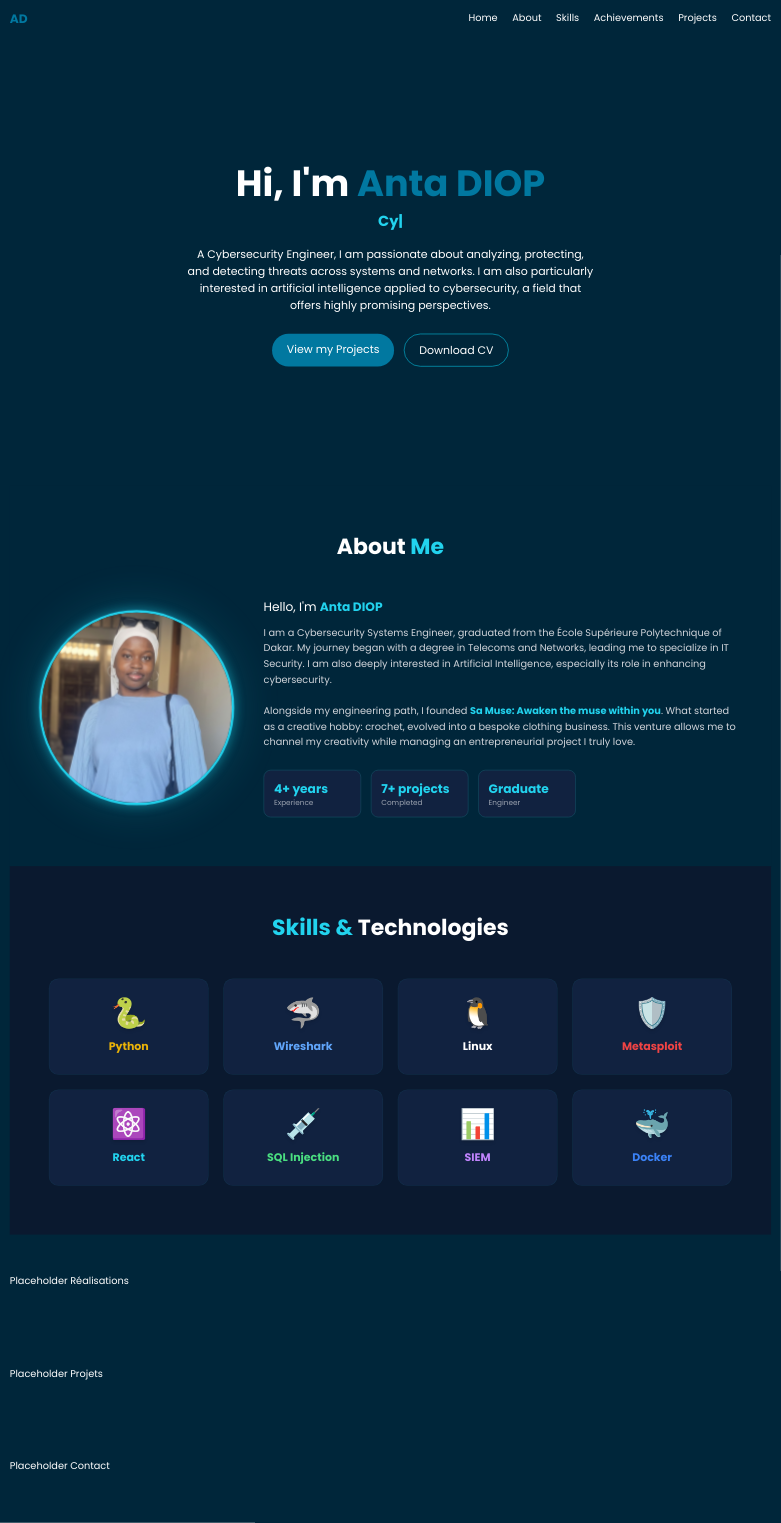
Repository: AntaaaKD/Mon-Portfolio
Page: /
The author's editor kept a copy of each file at every save. The page is drawn from the files as they stood at one save, then again after the next save.
The browser window is 1280 px wide. The pictures show the whole page, at 61% of full size.
The project was rebuilt for these pictures with package versions that can differ from the ones it lists, and the page was loaded fresh each time.

Above is the page before, as saved 2026-01-14 23:14:28.

### public/index.html
<!DOCTYPE html>
<html lang="en">
  <link href="https://fonts.googleapis.com/css2?family=Poppins:wght@400;600;700&display=swap" rel="stylesheet">
  <head>
    <meta charset="utf-8" />
    <link rel="icon" href="%PUBLIC_URL%/favicon.ico" />
    <meta name="viewport" content="width=device-width, initial-scale=1" />
    <meta name="theme-color" content="#000000" />
    <meta
      name="description"
      content="Web site created using create-react-app"
    />
    <link rel="apple-touch-icon" href="%PUBLIC_URL%/logo192.png" />
    <!--
      manifest.json provides metadata used when your web app is installed on a
      user's mobile device or desktop. See https://developers.google.com/web/fundamentals/web-app-manifest/
    -->
    <link rel="manifest" href="%PUBLIC_URL%/manifest.json" />
    <!--
      Notice the use of %PUBLIC_URL% in the tags above.
      It will be replaced with the URL of the `public` folder during the build.
      Only files inside the `public` folder can be referenced from the HTML.

      Unlike "/favicon.ico" or "favicon.ico", "%PUBLIC_URL%/favicon.ico" will
      work correctly both with client-side routing and a non-root public URL.
      Learn how to configure a non-root public URL by running `npm run build`.
    -->
    <title>React App</title>
  </head>
  <body>
    <noscript>You need to enable JavaScript to run this app.</noscript>
    <div id="root"></div>
    <!--
      This HTML file is a template.
      If you open it directly in the browser, you will see an empty page.

      You can add webfonts, meta tags, or analytics to this file.
      The build step will place the bundled scripts into the <body> tag.

      To begin the development, run `npm start` or `yarn start`.
      To create a production bundle, use `npm run build` or `yarn build`.
    -->
  </body>
</html>

### src/index.css
@tailwind base;
@tailwind components;
@tailwind utilities;

body {
  margin: 0;
  font-family: 'Poppins', sans-serif;
  -webkit-font-smoothing: antialiased;
  -moz-osx-font-smoothing: grayscale;
}

code {
  font-family: source-code-pro, Menlo, Monaco, Consolas, 'Courier New',
    monospace;
}

### src/App.js
import React from 'react';
import Navbar from './components/Navbar';
import Home from './components/Home';  // Ajoute cet import
import About from './components/About';
import Skills from './components/Skills';

function App() {
  return (
    <div className="min-h-screen bg-custom-blue text-white">
      <Navbar />
      <main className="container mx-auto p-4">
        <Home />  {/* Remplace le placeholder */}
        <About />
        <Skills />
        <section id="achievements" className="py-16">Placeholder Réalisations</section>
        <section id="projects" className="py-16">Placeholder Projets</section>
        <section id="contact" className="py-16">Placeholder Contact</section>
      </main>
    </div>
  );
}

export default App;

### src/components/Navbar.jsx
import React, { useState, useEffect } from 'react';

const Navbar = () => {
  const [scrolled, setScrolled] = useState(false);

  useEffect(() => {
    const handleScroll = () => {
      if (window.scrollY > 50) {
        setScrolled(true);
      } else {
        setScrolled(false);
      }
    };

    window.addEventListener('scroll', handleScroll);
    return () => window.removeEventListener('scroll', handleScroll);
  }, []);

  return (
    <nav
        className={`p-4 sticky top-0 z-10 transition-all duration-300 ${
            scrolled
            ? 'bg-custom-blue bg-opacity-0 backdrop-blur-md'  // Semi-transparent (30%) + blur fort
            : 'bg-custom-blue'  // Bleu solide au top
        }`}
    >
        <div className="container mx-auto flex justify-between items-center">
            <h1 className="text-xl font-bold text-blue-text">AD</h1>
            <ul className="flex space-x-6 text-white">
            <li><a href="#home" className="hover:text-cyan-300">Home</a></li>
            <li><a href="#about" className="hover:text-cyan-300">About</a></li>
            <li><a href="#skills" className="hover:text-cyan-300">Skills</a></li>
            <li><a href="#achievements" className="hover:text-cyan-300">Achievements</a></li>
            <li><a href="#projects" className="hover:text-cyan-300">Projects</a></li>
            <li><a href="#contact" className="hover:text-cyan-300">Contact</a></li>
            </ul>
        </div>
    </nav>
  );
};

export default Navbar;

### src/components/Home.jsx
import React, { useEffect, useRef } from 'react';
import Typed from 'typed.js';

const Home = () => {
  // Création d'une référence pour l'élément qui accueillera l'animation
  const el = useRef(null);

  useEffect(() => {
    const typed = new Typed(el.current, {
      strings: [
        "Cybersecurity Engineer",
        "Founder of Sa Muse",
      ],
      typeSpeed: 100,
      backSpeed: 90,
      loop: true,
    });

    // Nettoyage de l'animation pour éviter les bugs de mémoire
    return () => {
      typed.destroy();
    };
  }, []);

  return (
    <section id="home" className="flex flex-col items-center justify-center h-screen text-center px-4">
      <h1 className="text-6xl font-bold mb-4">
        Hi, I'm <span className="text-blue-text">Anta DIOP</span>
      </h1>

      {/* On applique la ref ici pour l'animation */}
      <h2 className="text-2xl font-bold text-cyan-400 mb-6 h-8">
        <span ref={el}></span>
      </h2>

      <p className="text-lg mb-8 max-w-2xl">
        A Cybersecurity Engineer, I am passionate about analyzing, protecting, and detecting threats across systems and networks.
        I am also particularly interested in artificial intelligence applied to cybersecurity, a field that offers highly promising perspectives.
      </p>

      <div className="flex space-x-4">
        <a href="#projects" className="bg-blue-text text-lg px-6 py-3 rounded-full hover:bg-cyan-400 transition">
            View my Projects
        </a>
        <a href="/cv.pdf" download className="px-6 py-3 rounded-full border border-cyan-500 text-lg hover:bg-cyan-500 hover:text-custom-blue transition">
            Download CV
        </a>
      </div>
    </section>
  );
};

export default Home;

### src/components/About.jsx
import React from 'react';

const About = () => {
  return (
    <section id="about" className="py-20 px-4 bg-custom-blue text-white">
      <div className="max-w-6xl mx-auto">
        {/* Titre de la section */}
        <h2 className="text-4xl font-bold text-center mb-16">
          About <span className="text-cyan-400">Me</span>
        </h2>

        <div className="flex flex-col md:flex-row items-center justify-between gap-12">

          {/* Colonne Image avec l'effet de halo bleu */}
          <div className="relative w-64 h-64 md:w-80 md:h-80">
            <div className="absolute inset-0 rounded-full bg-cyan-400 opacity-20 blur-2xl animate-pulse"></div>
            <div className="relative w-full h-full rounded-full border-4 border-cyan-400 overflow-hidden shadow-[0_0_20px_rgba(34,211,238,0.5)]">
              <img
                src="/image1.png"
                alt="Anta DIOP"
                className="w-full h-full object-cover"
              />
            </div>
          </div>

          {/* Colonne Texte */}
          <div className="flex-1 text-center md:text-left">
            <h3 className="text-xl mb-4">
              Hello, I'm <span className="text-cyan-400 font-bold">Anta DIOP</span>
            </h3>
            <p className="text-gray-300 mb-6 leading-relaxed">
              I am a Cybersecurity Systems Engineer, graduated from the École Supérieure Polytechnique of Dakar.
              My journey began with a degree in Telecoms and Networks, leading me to specialize in IT Security.
              I am also deeply interested in Artificial Intelligence, especially its role in enhancing cybersecurity.
            </p>
            <p className="text-gray-300 mb-8 leading-relaxed">
              Alongside my engineering path, I founded <span className="text-cyan-400 font-bold"> Sa Muse: Awaken the muse within you</span>.
              What started as a creative hobby: crochet, evolved into a bespoke clothing business. This venture allows me to channel my creativity while managing an entrepreneurial project I truly love.
            </p>

            {/* Cartes de statistiques (comme sur le modèle) */}
            <div className="flex flex-wrap justify-center md:justify-start gap-4">
              <div className="bg-[#112240] p-4 rounded-xl border border-cyan-900 w-40">
                <p className="text-cyan-400 font-bold text-xl">4+ years</p>
                <p className="text-xs text-gray-400">Experience</p>
              </div>
              <div className="bg-[#112240] p-4 rounded-xl border border-cyan-900 w-40">
                <p className="text-cyan-400 font-bold text-xl">7+ projects</p>
                <p className="text-xs text-gray-400">Completed</p>
              </div>
              <div className="bg-[#112240] p-4 rounded-xl border border-cyan-900 w-40">
                <p className="text-cyan-400 font-bold text-xl">Graduate</p>
                <p className="text-xs text-gray-400">Engineer</p>
              </div>
            </div>
          </div>

        </div>
      </div>
    </section>
  );
};

export default About;

### src/components/Skills.jsx
import React from 'react';
// Importe tes icônes ici, par exemple: import { SiPython, SiWireshark } from 'react-icons/si';

const Skills = () => {
  const skillList = [
    { name: 'Python', icon: '🐍', color: 'text-yellow-500' },
    { name: 'Wireshark', icon: '🦈', color: 'text-blue-400' },
    { name: 'Linux', icon: '🐧', color: 'text-white' },
    { name: 'Metasploit', icon: '🛡️', color: 'text-red-500' },
    { name: 'React', icon: '⚛️', color: 'text-cyan-400' },
    { name: 'SQL Injection', icon: '💉', color: 'text-green-400' },
    { name: 'SIEM', icon: '📊', color: 'text-purple-400' },
    { name: 'Docker', icon: '🐳', color: 'text-blue-500' },
  ];

  return (
    <section id="skills" className="py-20 bg-[#0a192f] text-white">
      <div className="max-w-6xl mx-auto px-4">
        {/* Titre calqué sur le modèle */}
        <h2 className="text-4xl font-bold text-center mb-16 text-cyan-400">
          Skills & <span className="text-white">Technologies</span>
        </h2>

        {/* Grille de compétences */}
        <div className="grid grid-cols-2 md:grid-cols-4 gap-6">
          {skillList.map((skill, index) => (
            <div
              key={index}
              className="bg-[#112240] p-8 rounded-2xl border border-cyan-900/30 flex flex-col items-center justify-center transition-all duration-300 hover:border-cyan-400 hover:-translate-y-2 group"
            >
              <div className={`text-5xl mb-4 filter drop-shadow-md group-hover:scale-110 transition-transform`}>
                {skill.icon}
              </div>
              <h3 className={`font-bold text-lg ${skill.color}`}>
                {skill.name}
              </h3>
            </div>
          ))}
        </div>
      </div>
    </section>
  );
};

export default Skills;

### tailwind.config.js
/** @type {import('tailwindcss').Config} */
module.exports = {
  content: [
    "./src/**/*.{js,jsx,ts,tsx}",
  ],
  theme: {
    extend: {
      colors: {
        'custom-blue': 'rgb(0, 38, 58)',  // Ton bleu exact ici
        'blue-text': 'rgb(1, 120, 160)',
      },
    },
  },
  plugins: [],
};

Loaded but not shown: src/index.js (common file); src/reportWebVitals.js (common file)

After the next save:
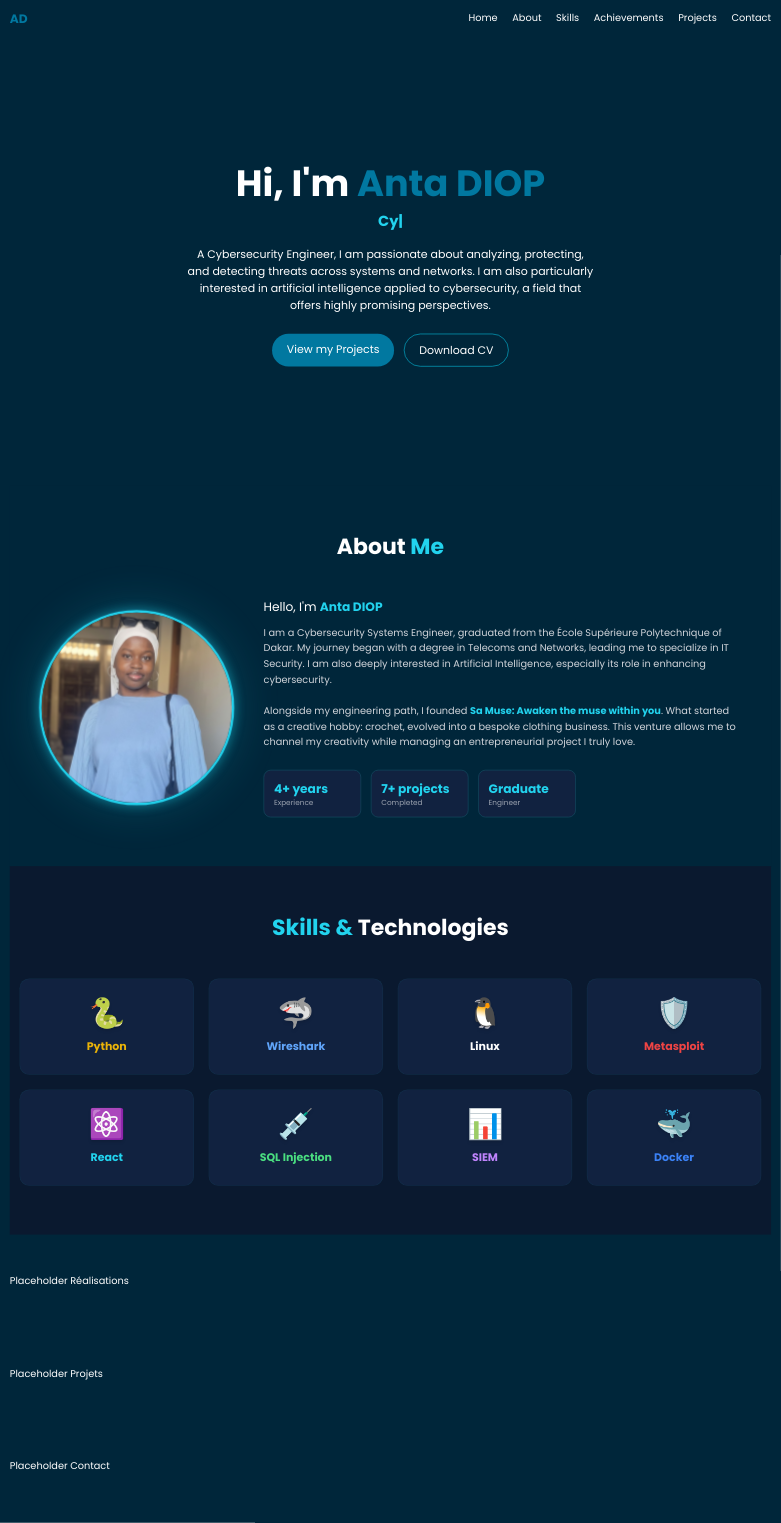
Saved 35 s later.
--- a/src/components/Skills.jsx
+++ b/src/components/Skills.jsx
@@ -15,7 +15,7 @@
 
   return (
     <section id="skills" className="py-20 bg-[#0a192f] text-white">
-      <div className="max-w-6xl mx-auto px-4">
+      <div className="max-w-8xl mx-auto px-4">
         {/* Titre calqué sur le modèle */}
         <h2 className="text-4xl font-bold text-center mb-16 text-cyan-400">
           Skills & <span className="text-white">Technologies</span>

After the 2 saves that followed:
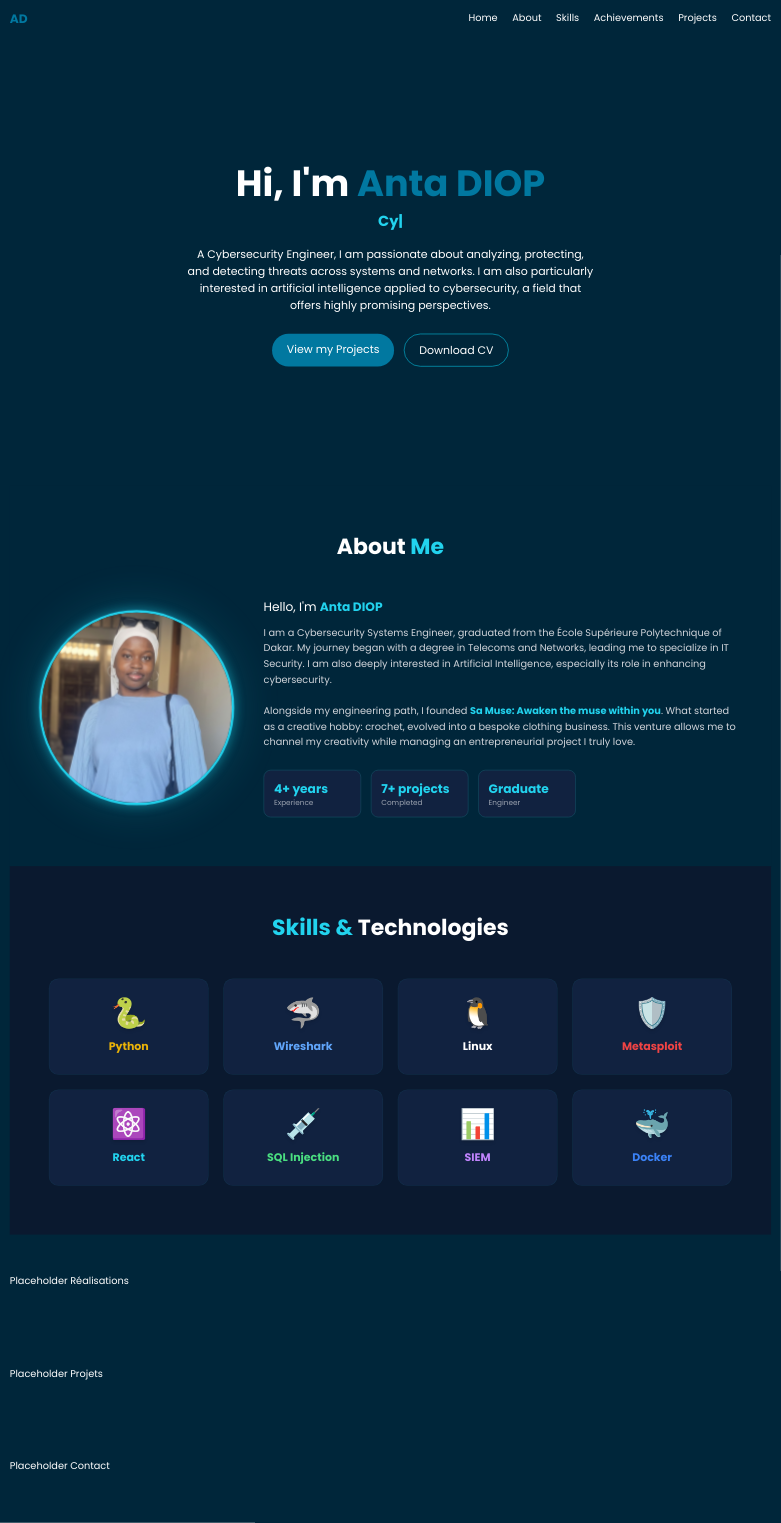
The 2 saves are shown as one change because they came seconds apart.
The last was saved 11 s later.
--- a/src/components/Skills.jsx
+++ b/src/components/Skills.jsx
@@ -15,7 +15,7 @@
 
   return (
     <section id="skills" className="py-20 bg-[#0a192f] text-white">
-      <div className="max-w-8xl mx-auto px-4">
+      <div className="max-w-6xl mx-auto px-4">
         {/* Titre calqué sur le modèle */}
         <h2 className="text-4xl font-bold text-center mb-16 text-cyan-400">
           Skills & <span className="text-white">Technologies</span>
